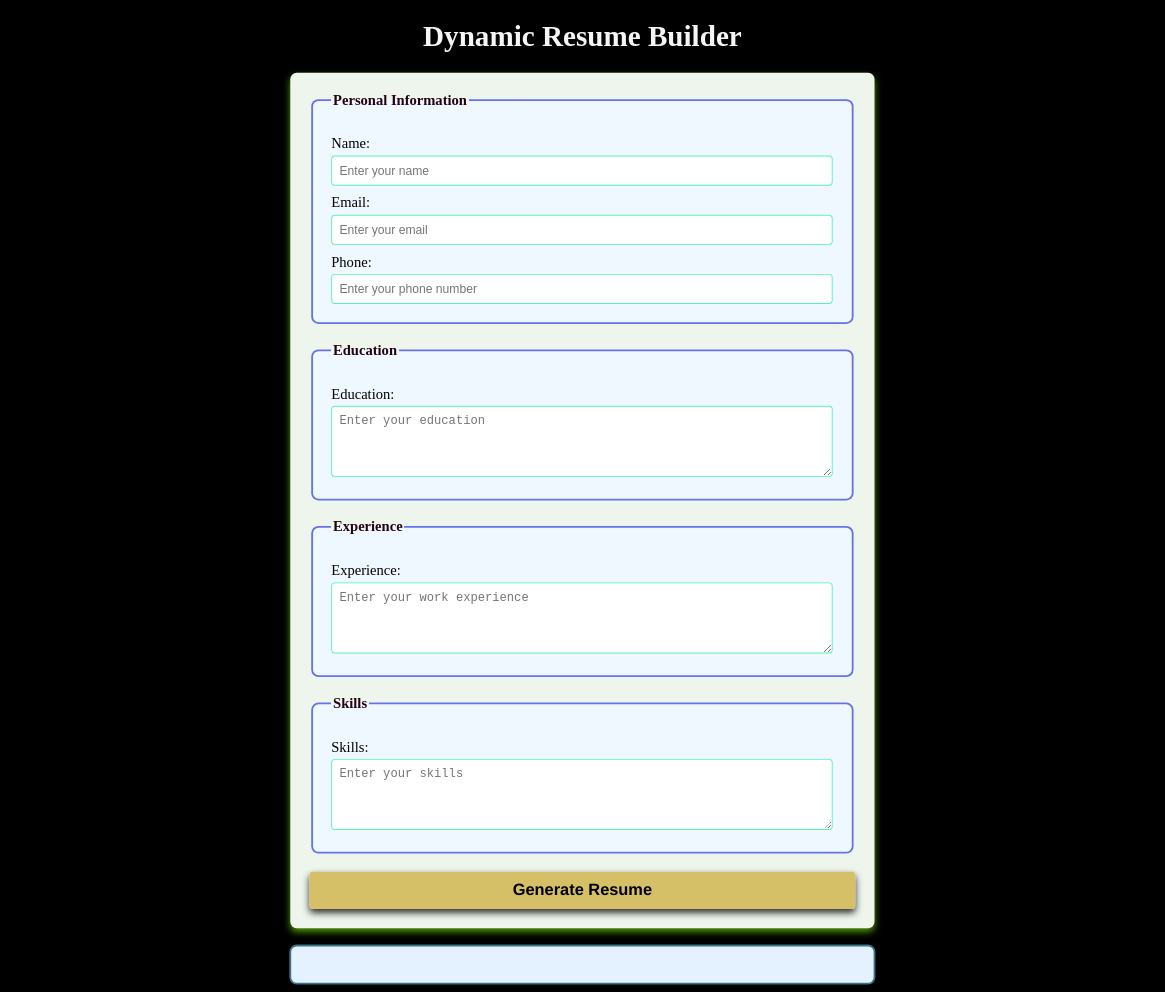
Repository: asadullah48/HACKATHON
Page: milestone3/index.html
An editor plug-in stored every save of this project. The page is shown before and after the next save, followed by the edit.
The browser window is 1280 px wide. The pictures show the whole page, at 91% of full size.

Above is the page before, as saved 2024-11-06 10:20:14.

After the next save:
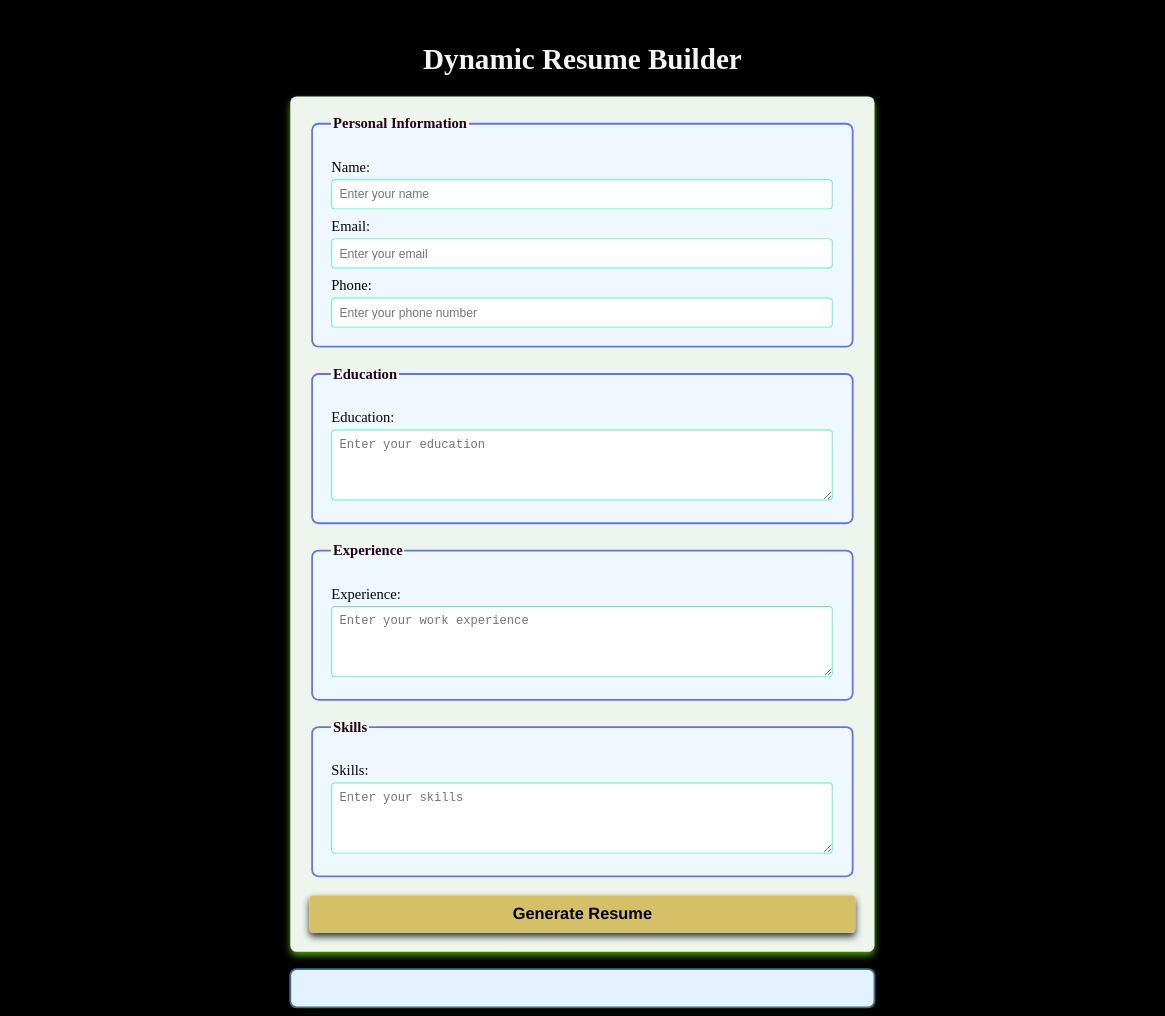
Saved 2 min 57 s later.
--- a/milestone3/index.html
+++ b/milestone3/index.html
@@ -5,7 +5,7 @@
     <meta name="viewport" content="width=device-width, initial-scale=1.0">
     <title>Dynamic Resume Builder</title>
     <link rel="stylesheet" href="style.css">
-</head>
+</head>z
 <body>
     <h1>Dynamic Resume Builder</h1>
     <form id="resume-form">
